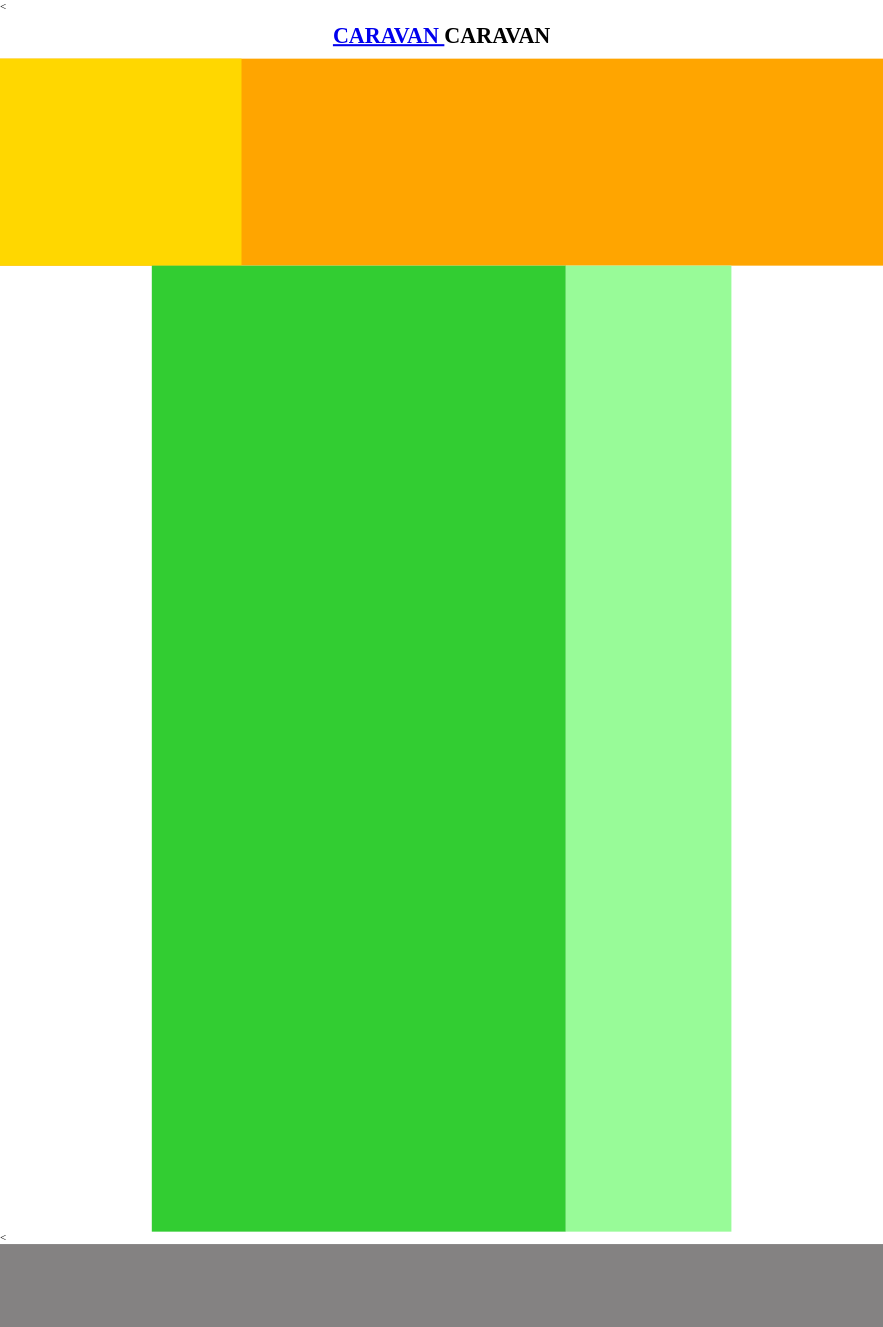
Repository: YabuYoshi/Bookers1
Page: carvan/index.html
The author's editor kept a record of every edit. The page is drawn from the files as they stood at one moment, then again after the next edit.
The browser window is 1280 px wide. The pictures show the whole page, at 69% of full size.

Above is the page before.

After the next edit:
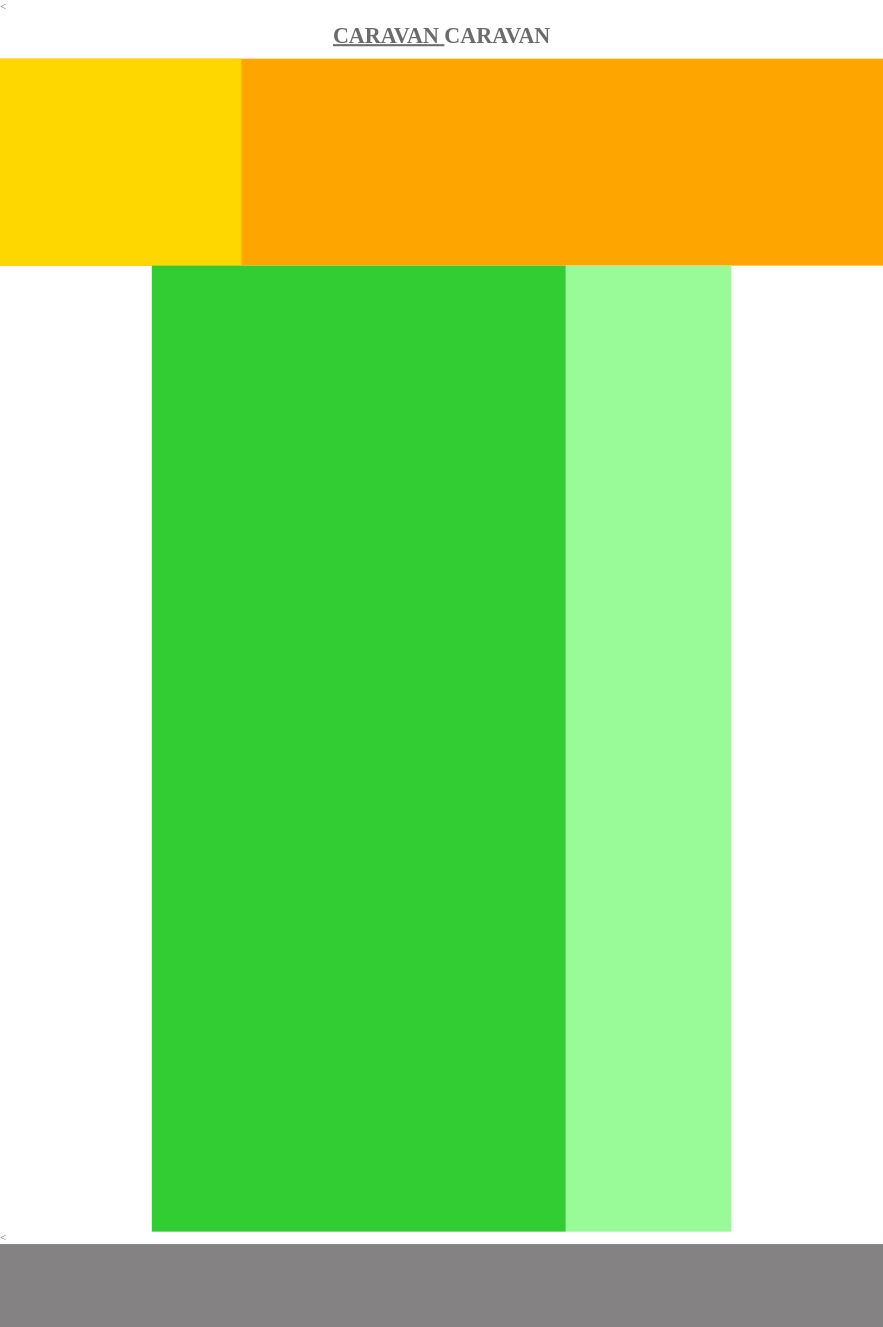
The edit:
--- a/carvan/style.css
+++ b/carvan/style.css
@@ -2,6 +2,7 @@
   margin: 0;
   padding: 0;
   box-sizing: border-box;
+  color: #6c6b6b;
 }
 
 header {
